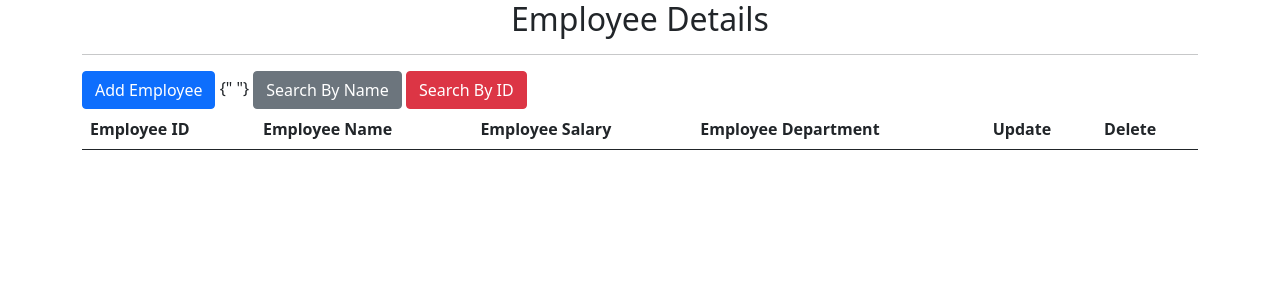
Repository: bhatideepak599/JspServlets
Page: http://localhost/10-student-mvc-db/Student
These files come from the project's save history. The page is drawn as it stood at one moment and after the next save; the edit follows.
The browser window is 1280 px wide. The pictures show the whole page.
The page is served by Tomcat 9. Other server files are loaded and not shown. Queries for data that is not in the repository find no rows.

Above is the page before, as saved 2024-07-18 18:17:20.

### 10-student-mvc-db/WebContent/empFile.jsp
<%@ page language="java" contentType="text/html; charset=ISO-8859-1"
	pageEncoding="ISO-8859-1"%>
<%@ taglib uri="http://java.sun.com/jsp/jstl/core" prefix="c"%>
<%@ taglib uri="http://java.sun.com/jsp/jstl/functions" prefix="fn"%>


<!DOCTYPE html>
<html>
<head>
<meta charset="ISO-8859-1">
<title>Employee Details</title>
<link
	href="https://cdn.jsdelivr.net/npm/bootstrap@5.0.2/dist/css/bootstrap.min.css"
	rel="stylesheet"
	integrity="sha384-EVSTQN3/azprG1Anm3QDgpJLIm9Nao0Yz1ztcQTwFspd3yD65VohhpuuCOmLASjC"
	crossorigin="anonymous">
<script
	src="https://cdn.jsdelivr.net/npm/bootstrap@5.0.2/dist/js/bootstrap.bundle.min.js"
	integrity="sha384-MrcW6ZMFYlzcLA8Nl+NtUVF0sA7MsXsP1UyJoMp4YLEuNSfAP+JcXn/tWtIaxVXM"
	crossorigin="anonymous"></script>
</head>


<body>

	<div class="container">

		<div class="text-center">

			<p class="h2">Employee Details</p>

		</div>

		<hr>
		<a href="add-Employee.jsp" class="btn btn-primary">Add Employee</a>
			{"                           "}
		 <a href="serach-Employee-by-name.jsp" class="btn btn-secondary">Search By Name</a>
	<a href="search-Employee-by-id.jsp" class="btn btn-danger">Search By ID</a>
		<table class="table table-striped">

			<thead>

				<tr>

					<th>Employee ID</th>

					<th>Employee Name</th>

					<th>Employee Salary</th>

					<th>Employee Department</th>
					<th>Update</th>
					<th>Delete</th>

				</tr>

			</thead>

			<tbody>

				<c:forEach var="student" items="${theStudentList}">

					<tr>

						<td>${student.id}</td>
						<td>${student.name}</td>
						<td>${student.salary}</td>

						<td>${student.dept}</td>

						<td><a href="Student?command=load&Id=${student.id}"
							class="btn btn-secondary">Update</a></td>
						<td><a href="Student?command=delete&Id=${student.id}"
							class="btn btn-warning">Delete</a></td>
					</tr>

				</c:forEach>

			</tbody>

		</table>

	</div>

</body>

</html>

### 10-student-mvc-db/src/com/techlabs/controller/StudentController.java
package com.techlabs.controller;

import java.io.IOException;
import java.sql.SQLException;
import java.util.List;

import javax.annotation.Resource;
import javax.servlet.RequestDispatcher;
import javax.servlet.ServletException;
import javax.servlet.annotation.WebServlet;
import javax.servlet.http.HttpServlet;
import javax.servlet.http.HttpServletRequest;
import javax.servlet.http.HttpServletResponse;
import javax.sql.DataSource;

import com.techlabs.dao.StudentDbUtil;
import com.techlabs.entity1.Student;

@WebServlet("/Student")
public class StudentController extends HttpServlet {
	private static final long serialVersionUID = 1L;

	private StudentDbUtil studentDbUtil;

	@Resource(name = "jdbc/employee")
	private DataSource dataSource;

	@Override
	public void init() throws ServletException {
		super.init();
		studentDbUtil = new StudentDbUtil(dataSource);
	}

	protected void doGet(HttpServletRequest request, HttpServletResponse response)
			throws ServletException, IOException {

		String command;
		command = request.getParameter("command");

		if (command == null) {
			command = "list";
		}
		switch (command) {
		case "add":
			try {
				addStudent(request, response);
			} catch (SQLException | ServletException | IOException e) {

				e.printStackTrace();
			}
			break;

		case "load":
			try {

				loadStudent(request, response);
			} catch (SQLException | ServletException | IOException e) {

				e.printStackTrace();
			}
			break;

		case "update":
			try {
				updateStudent(request, response);
			} catch (SQLException | IOException e1) {

				e1.printStackTrace();
			}
			break;

		case "delete":
			try {
				deleteStudent(request, response);
			} catch (SQLException | ServletException | IOException e) {

				e.printStackTrace();
			}
			break;
		default:
			listStudents(request, response);
		}

	}

	private void updateStudent(HttpServletRequest request, HttpServletResponse response)
			throws SQLException, IOException {
		int id = Integer.parseInt(request.getParameter("Id"));
		String name = request.getParameter("name");
		String dept = request.getParameter("dept");
		double salary = Double.parseDouble(request.getParameter("salary"));

		Student st = new Student(id, name, salary, dept);

		boolean isUpdated = studentDbUtil.updateStudent(st);
		response.sendRedirect(request.getContextPath() + "/Student");

	}

	protected void doPost(HttpServletRequest request, HttpServletResponse response)
			throws ServletException, IOException {

		doGet(request, response);
	}

	private void listStudents(HttpServletRequest request, HttpServletResponse response)
			throws ServletException, IOException {

		List<Student> studentlist = studentDbUtil.getStudents();
		request.setAttribute("theStudentList", studentlist);
		RequestDispatcher requestDispatcher = request.getRequestDispatcher("/empFile.jsp");
		requestDispatcher.forward(request, response);
	}

	private void addStudent(HttpServletRequest request, HttpServletResponse response)
			throws SQLException, ServletException, IOException {
		String name = request.getParameter("name");
		String dept = request.getParameter("dept");
		double salary = Double.parseDouble(request.getParameter("salary"));

		Student student = new Student(name, salary, dept);
		// System.out.println(student);

		boolean isAdded = studentDbUtil.addStudent(student);
		response.sendRedirect(request.getContextPath() + "/Student");

	}

	private void loadStudent(HttpServletRequest request, HttpServletResponse response)
			throws SQLException, ServletException, IOException {

		int id = Integer.parseInt(request.getParameter("Id"));

		Student student = studentDbUtil.getStudent(id);
		request.setAttribute("theStudent", student);
		RequestDispatcher requestDispatcher = request.getRequestDispatcher("/update-Employee.jsp");
		requestDispatcher.forward(request, response);

	}

	private void deleteStudent(HttpServletRequest request, HttpServletResponse response)
			throws SQLException, ServletException, IOException {
		System.out.println("Deleted");
		int id = Integer.parseInt(request.getParameter("Id"));
		boolean isDeleted = studentDbUtil.deleteStudent(id);
		response.sendRedirect(request.getContextPath() + "/Student");

	}

}

After the next save:
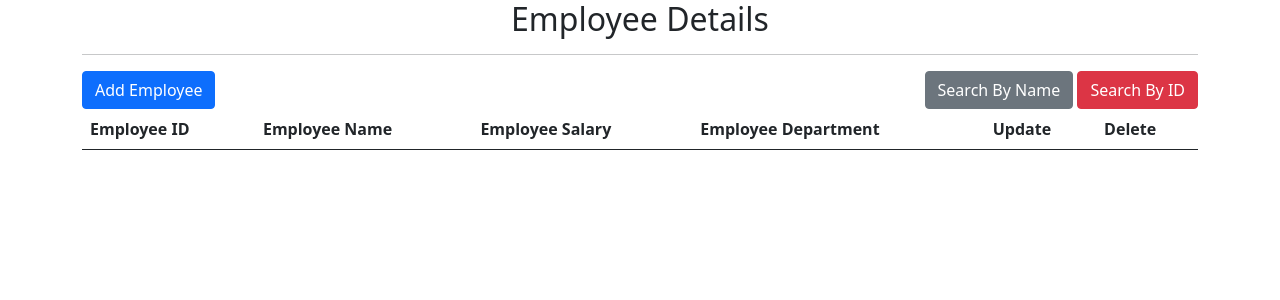
Saved 2 min 8 s later.
--- a/10-student-mvc-db/WebContent/empFile.jsp
+++ b/10-student-mvc-db/WebContent/empFile.jsp
@@ -32,10 +32,13 @@
 		</div>
 
 		<hr>
-		<a href="add-Employee.jsp" class="btn btn-primary">Add Employee</a>
-			{"                           "}
-		 <a href="serach-Employee-by-name.jsp" class="btn btn-secondary">Search By Name</a>
-	<a href="search-Employee-by-id.jsp" class="btn btn-danger">Search By ID</a>
+		<div class="d-flex justify-content-between">
+  <a href="add-Employee.jsp" class="btn btn-primary">Add Employee</a>
+  <div>
+    <a href="search-Employee-by-name.jsp" class="btn btn-secondary">Search By Name</a>
+    <a href="search-Employee-by-id.jsp" class="btn btn-danger">Search By ID</a>
+  </div>
+</div>
 		<table class="table table-striped">
 
 			<thead>
